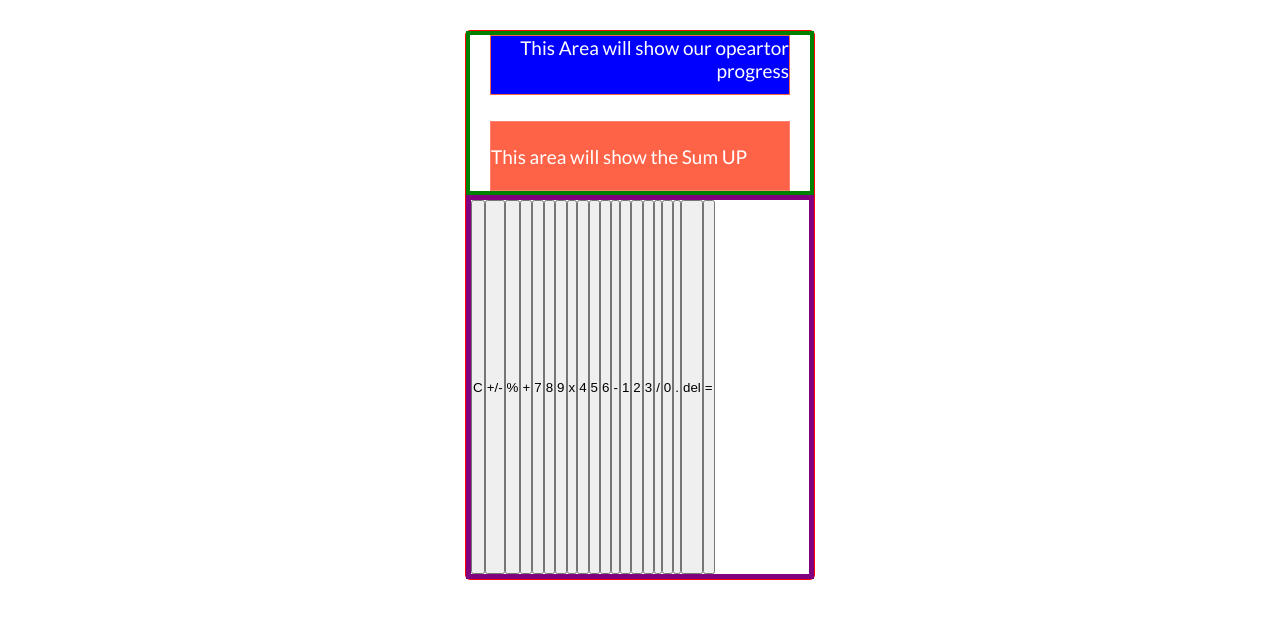
Repository: OfirLana/Calculator
Page: index.html
The author's editor kept a copy of each file at every save. The page is drawn from the files as they stood at one save, then again after a run of saves.
The browser window is 1280 px wide. The pictures show the whole page.

Above is the page before, as saved 2019-03-12 21:24:01.

After the next 2 saves:
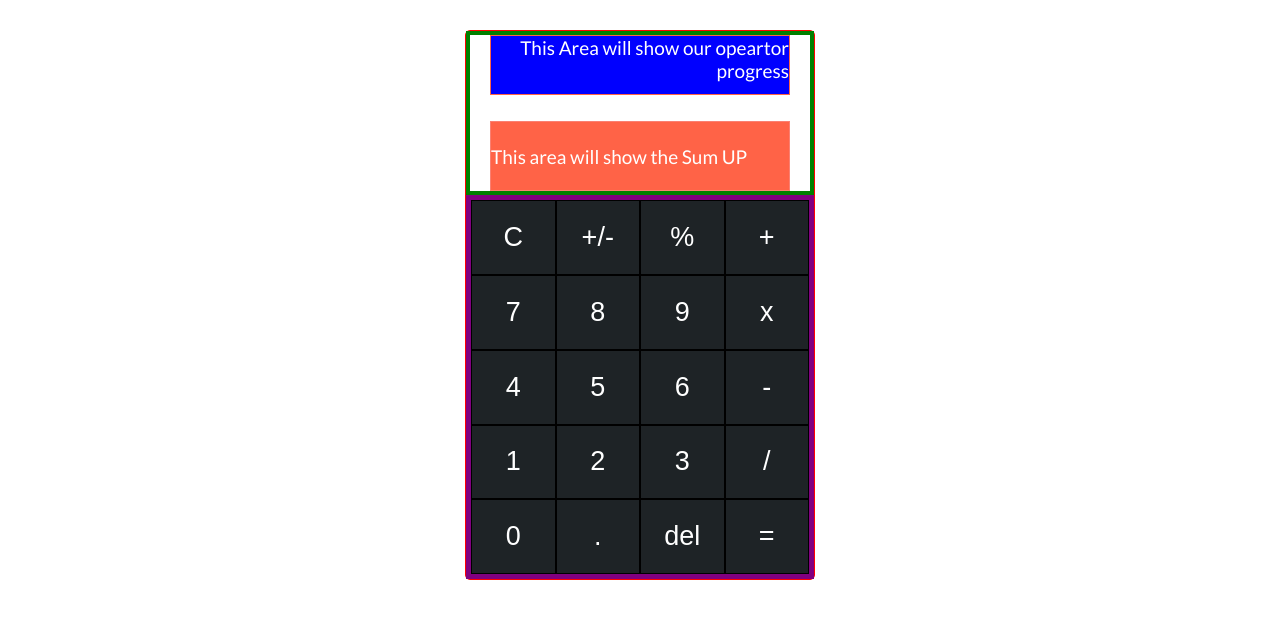
The 2 saves are shown as one change because they came seconds apart.
The last was saved 18 s later.
--- a/style.css
+++ b/style.css
@@ -74,7 +74,7 @@ body {
     flex-basis:70%;
 }
 
-.opeartor_button{
+.btn{
     width:25%;
     height:20%;
     background:#1E2326;
@@ -84,7 +84,7 @@ body {
     font-weight:100;
 }
 
-.opeartor_button:active{
+.btn:active{
     background:blue;
     border:1px solid black;
 }
